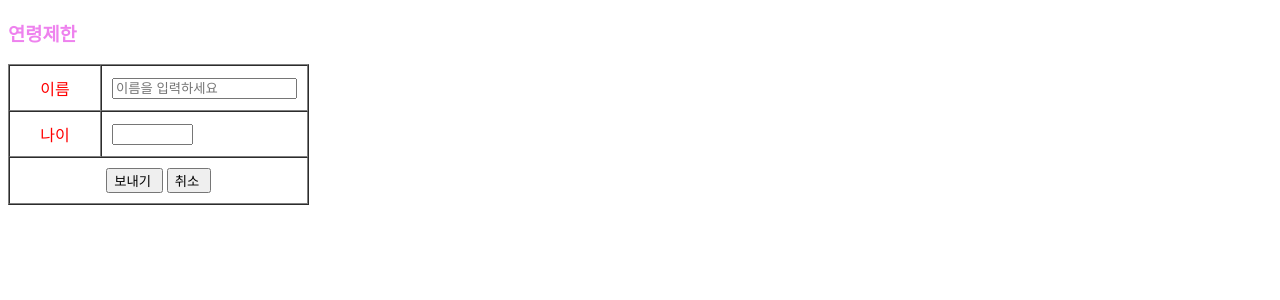
Repository: jihyunah/Java_EE
Page: workspace/testServlet/src/main/webapp/param.html
These files come from the project's save history. The page is drawn as it stood at one moment and after the next save; the edit follows.
The browser window is 1280 px wide. The pictures show the whole page.

Above is the page before, as saved 2023-02-22 07:11:25.

### workspace/testServlet/src/main/webapp/param.html
<!DOCTYPE html>
<html>
<head>
<meta charset="UTF-8">
<title>Insert title here</title>
<style type="text/css">
td {
	color: red;
}

h3 {
	color: violet;
}

#nameDiv {
	font-size: 8pt;
	color: red;
	font-weight: bold;
}

#ageDiv{
	font-size: 9pt;
	color: hotpink;
	font-weight: bold;
}

</style>


</head>
<body>
<form name="paramForm" method="post" action="https://www.naver.com">
	<h3>연령제한</h3>

<table border="1" cellpadding="10" cellspacing="0">
	<tr>
		<td width="70" align="center">이름 </td>
		<td>
			<input type="text" name="name" placeholder="이름을 입력하세요 ">
			<div id="nameDiv"></div>
			</td>
	</tr>

	<tr>
		<td align="center">나이 </td>
		<td>
			<input type="text" name="age" size="7" maxlength="3">
			<div id="ageDiv"></div>
			</td>
	</tr>

	<tr>
		<td colspan="2" align="center">
			<input type="button" value="보내기 " onclick="javascript:check()">
			<!-- on: ~할 때 이벤트   , 보내기 버튼을 노르면 자바스크립트 check()함수를 호출해-->
			<input type="reset" value="취소 "></td>
	</tr>

	</table>
</form>
<script type="text/javascript"> <!-- 동적 처리. 다른 애들이 다 실행 된 후에 실행됨. 그래서 원래 원칙대로면 위에 쓰는게 맞는데 속도 때문에 /body 위 아래쪽에 놓는다.  -->
	/*
	function check(){
		if(document.paramForm.name.value == "") alert("이름을 입력하세요 ");
		else if(document.paramForm.age.value == "") alert("나이를 입력하세요 ")
		else document.paramForm.submit();
	}
	*/

	function check(){
		if(document.paramForm.name.value=="") document.getElementById("nameDiv").innerText = "이름 입력 ";
		else if(document.paramForm.age.value=="") document.getElementById("ageDiv").innerText = "나이 입력 ";
		else document.paramForm.submit();
	}

</script>
</body>
</html>

After the next save:
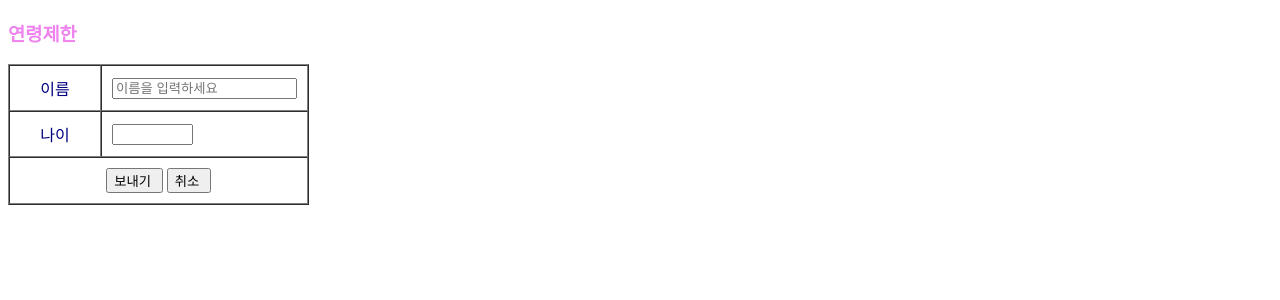
Saved 92 s later.
--- a/workspace/testServlet/src/main/webapp/param.html
+++ b/workspace/testServlet/src/main/webapp/param.html
@@ -5,7 +5,7 @@
 <title>Insert title here</title>
 <style type="text/css">
 td {
-	color: red;
+	color: navy;
 }
 
 h3 {
@@ -19,8 +19,8 @@ h3 {
 }
 
 #ageDiv{
-	font-size: 9pt;
-	color: hotpink;
+	font-size: 8pt;
+	color: red;
 	font-weight: bold;
 }
 
